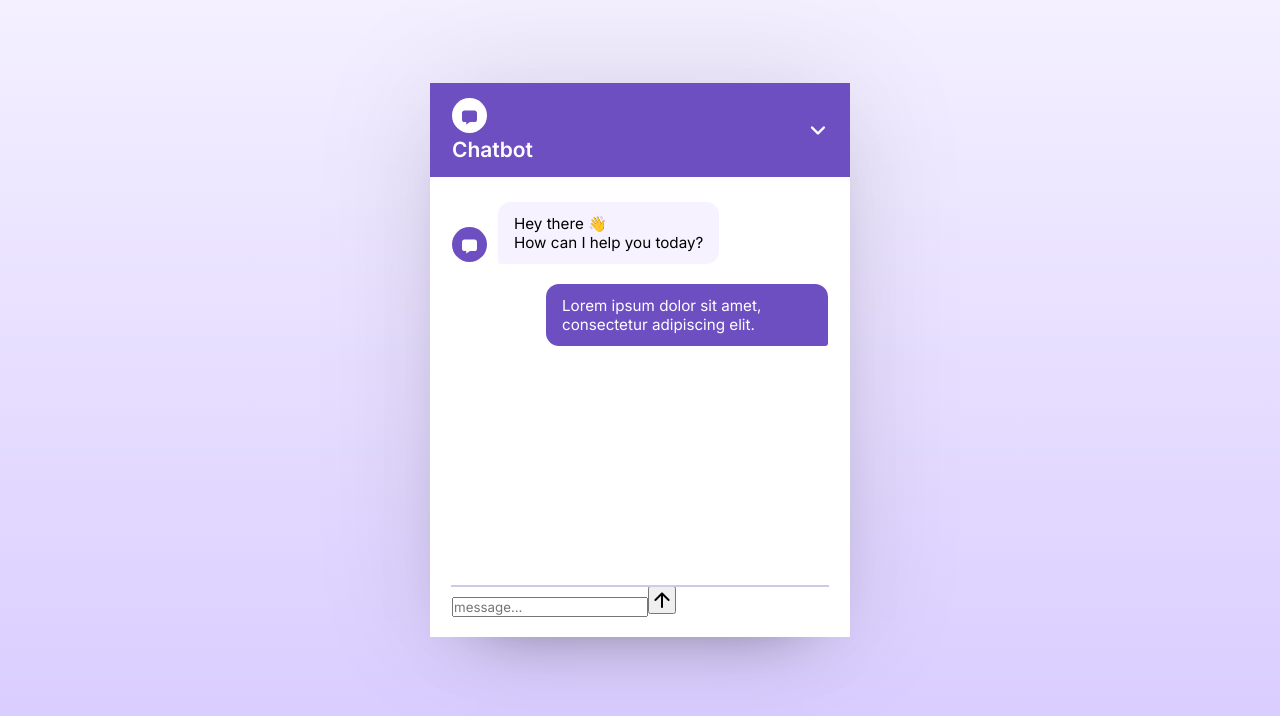
Repository: gogg23/chatbot
Page: / (app in chatbot/)
The author's editor kept a copy of each file at every save. The page is drawn from the files as they stood at one save, then again after the next save.
The browser window is 1280 px wide. The pictures show the whole page.
The project was rebuilt for these pictures with package versions that can differ from the ones it lists, and the page was loaded fresh each time. Also part of the build but not shown: chatbot/vite.config.js.

Above is the page before, as saved 2025-01-21 12:34:45.

After the next save:
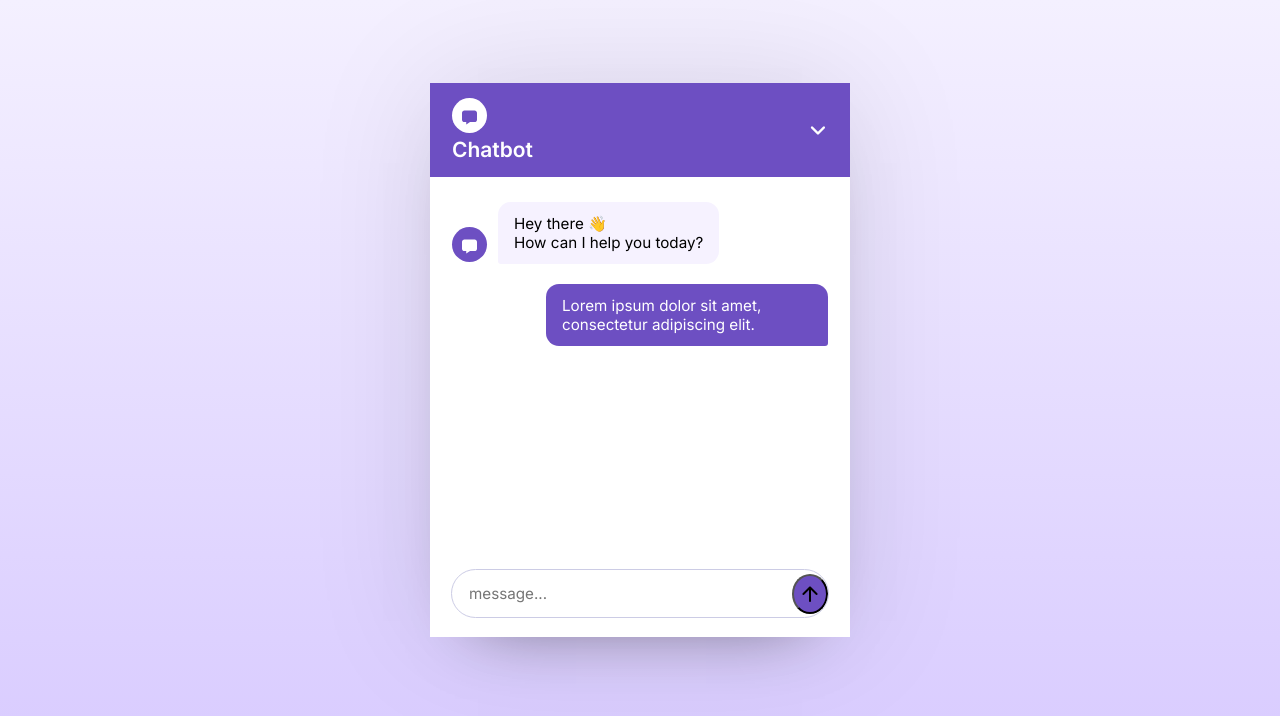
Saved 71 s later.
--- a/chatbot/src/App.jsx
+++ b/chatbot/src/App.jsx
@@ -32,14 +32,15 @@ const App = () => {
         </div>
         {/*Chatbot Footer*/}
         <div className='chat-footer'>
-          <form action='#' className='chat-form'></form>
-          <input
-            type='text'
-            placeholder='message...'
-            className='message-input'
-            required
-          />
-          <button className='material-symbols-rounded'>arrow_upward</button>
+          <form action='#' className='chat-form'>
+            <input
+              type='text'
+              placeholder='message...'
+              className='message-input'
+              required
+            />
+            <button className='material-symbols-rounded'>arrow_upward</button>
+          </form>
         </div>
       </div>
     </div>
